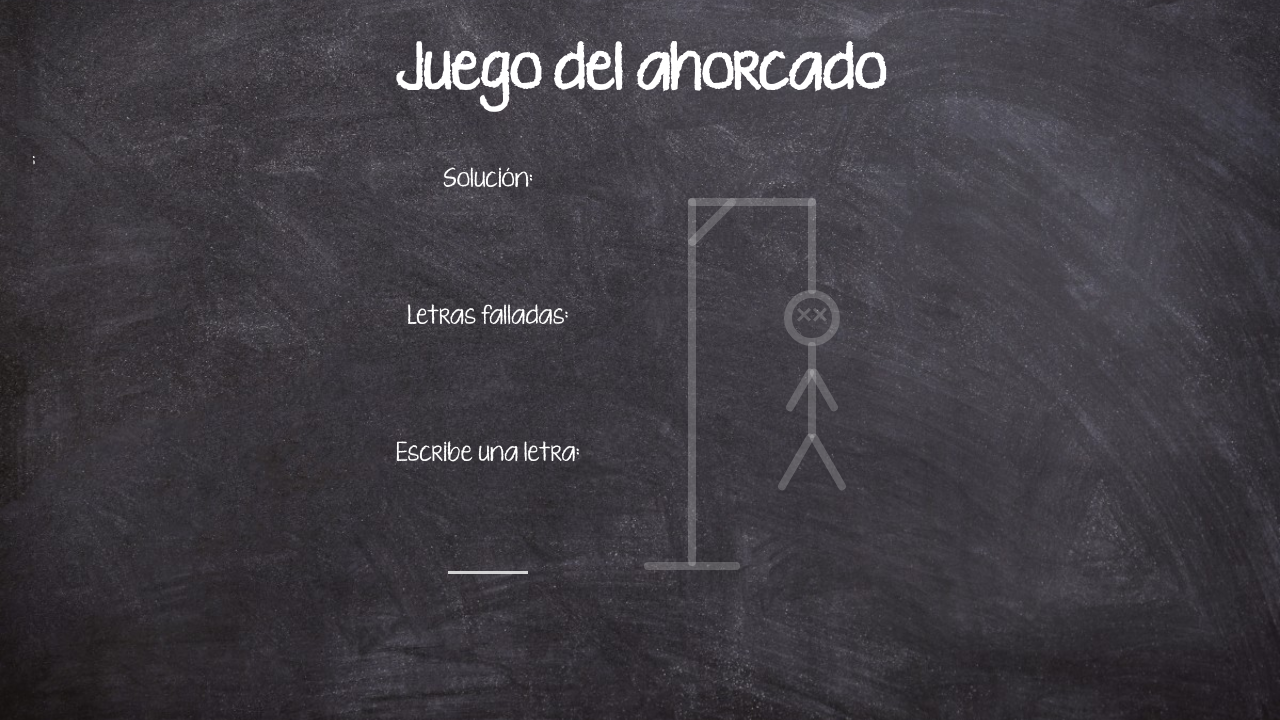
Repository: Adalab/promo-S-module-3-pair-16-sprint-2-hangman-game
Page: /
The author's editor kept a copy of each file at every save. The page is drawn from the files as they stood at one save, then again after the next save.
The browser window is 1280 px wide. The pictures show the whole page.
The page's requests for data from a server got no answer. The project was rebuilt for these pictures with package versions that can differ from the ones it lists, and the page was loaded fresh each time. No one was signed in, and anything a server would have sent is missing.

Above is the page before, as saved 2023-03-15 10:55:25.

After the next save:
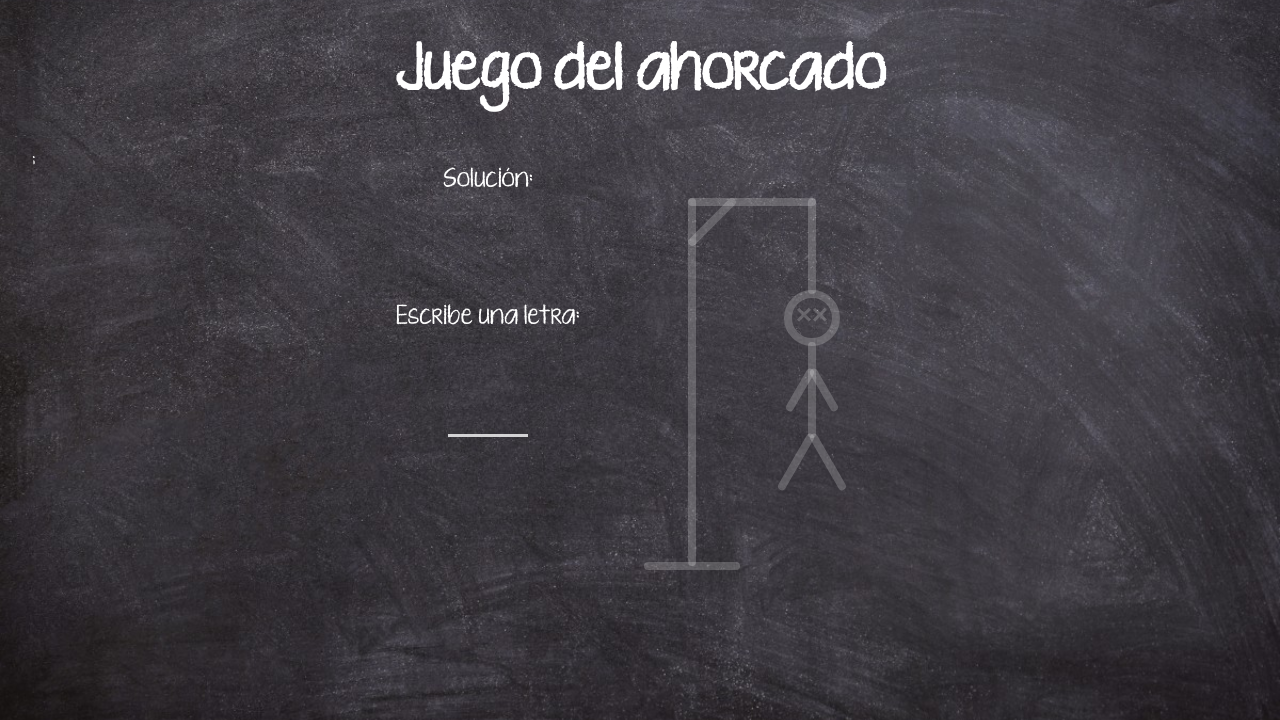
Saved 26 s later.
--- a/src/components/App.js
+++ b/src/components/App.js
@@ -82,10 +82,7 @@
       <main className="main">
         <section>
           <SolutionLetters word={word} userLetters={userLetters}/>
-          <div className="error">
-            <h2 className="title">Letras falladas:</h2>
-            <ul className="letters">{renderErrorLetters()}</ul>
-          </div>
+
           <form className="form" onSubmit={handleSubmit}>
             <label className="title" htmlFor="last-letter">
               Escribe una letra:

After the 4 saves that followed:
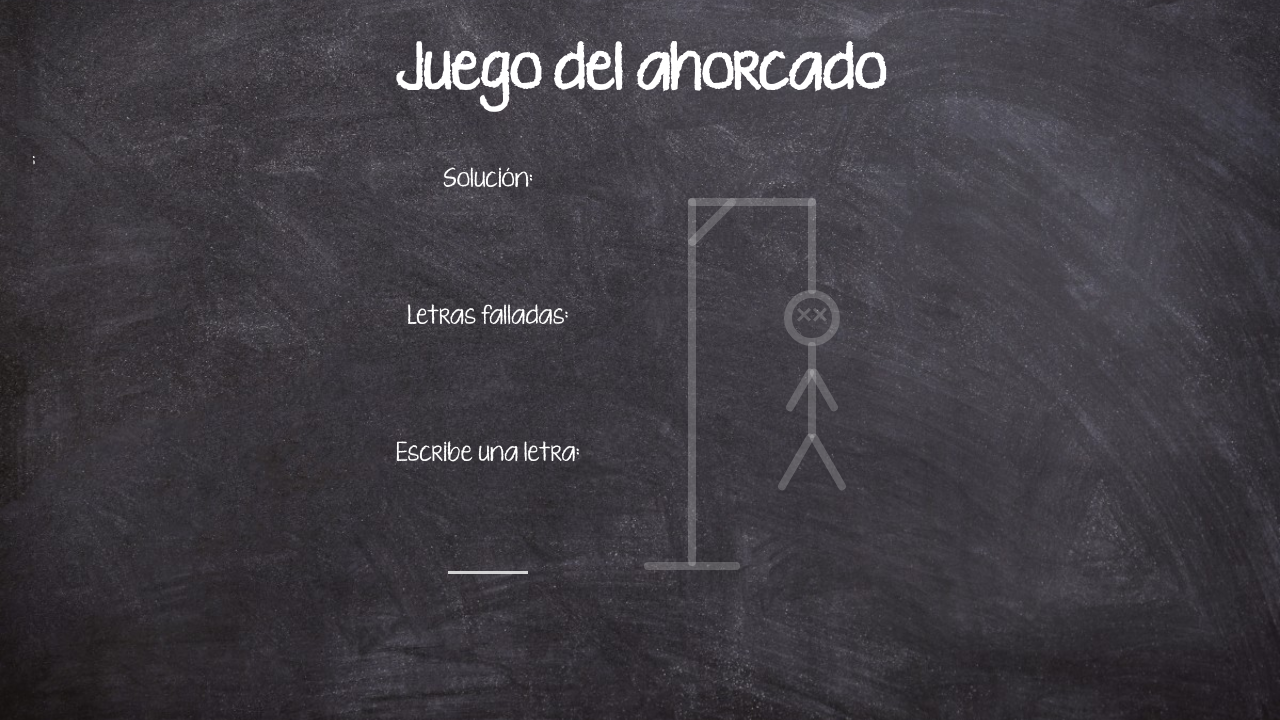
The 4 saves are shown as one change because 2 did not build or start and 1 left the picture as it was.
The last was saved 3 min 22 s later.
--- a/src/components/App.js
+++ b/src/components/App.js
@@ -11,6 +11,7 @@
 import Header from "./Header.js";
 import Dummy from "./Dummy.js";
 import SolutionLetters from "./SolutionLetters.js";
+import ErrorLetters from "./ErrorLetters";
 
 function App() {
   const [word, setWord] = useState("");
@@ -50,19 +51,7 @@
 
 
 
-  const renderErrorLetters = () => {
-    const errorLetters = userLetters.filter(
-      (letter) =>
-        word.toLocaleLowerCase().includes(letter.toLocaleLowerCase()) === false
-    );
-    return errorLetters.map((letter, index) => {
-      return (
-        <li key={index} className="letter">
-          {letter}
-        </li>
-      );
-    });
-  };
+
 
   const handleLastLetter = (value) => {
     value = value.toLocaleLowerCase();
@@ -82,7 +71,7 @@
       <main className="main">
         <section>
           <SolutionLetters word={word} userLetters={userLetters}/>
-
+         <ErrorLetters word={word} userLetters={userLetters}/>
           <form className="form" onSubmit={handleSubmit}>
             <label className="title" htmlFor="last-letter">
               Escribe una letra:
--- a/src/components/ErrorLetters.js
+++ b/src/components/ErrorLetters.js
@@ -1,5 +1,22 @@
-const ErrorLetters = () => {
+const ErrorLetters = ({word, userLetters}) => {
+    const renderErrorLetters = () => {
+    const errorLetters = userLetters.filter(
+      (letter) =>
+        word.toLocaleLowerCase().includes(letter.toLocaleLowerCase()) === false
+    );
+    return errorLetters.map((letter, index) => {
+      return (
+        <li key={index} className="letter">
+          {letter}
+        </li>
+      );
+    });
+  };
     return (
-
+        <div className="error">
+        <h2 className="title">Letras falladas:</h2>
+        <ul className="letters">{renderErrorLetters()}</ul>
+      </div>
     )
 }
+export default ErrorLetters;
